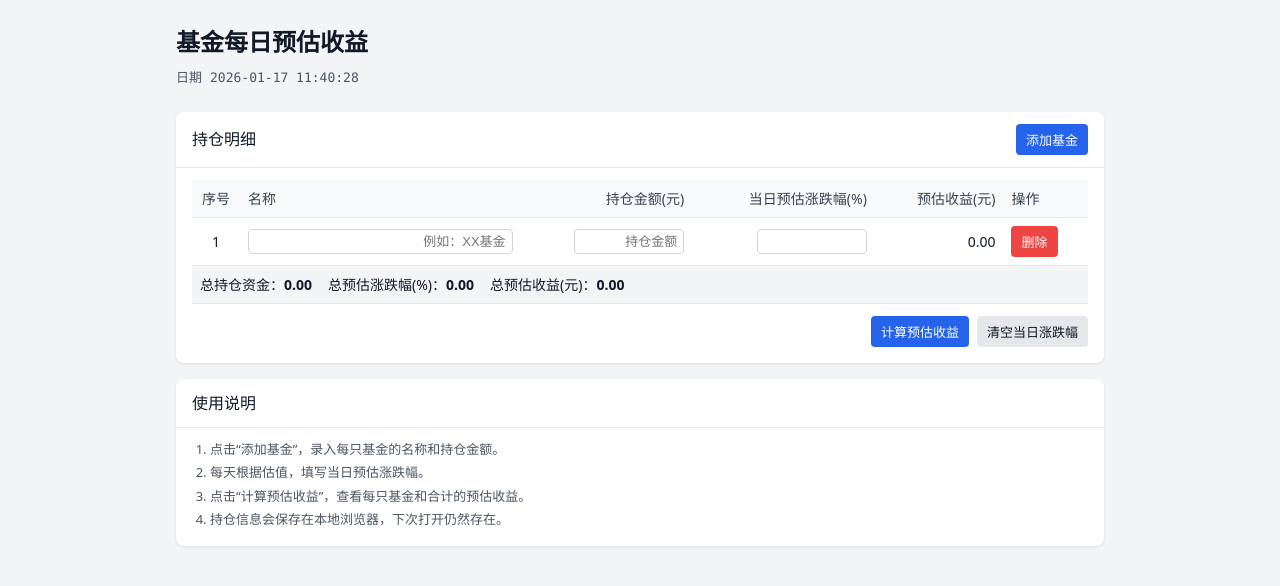
Repository: zt-boom/finance
Page: index.html
An editor plug-in stored every save of this project. The page is shown before and after the next save, followed by the edit.
The browser window is 1280 px wide. The pictures show the whole page.

Above is the page before, as saved 2026-01-17 13:22:57.

### index.html
<!DOCTYPE html>
<html lang="zh-CN">
<head>
<meta charset="UTF-8">
<title>基金每日预估收益</title>
<meta name="viewport" content="width=device-width,initial-scale=1">
<link rel="stylesheet" href="./style.css">
</head>
<body>
<div class="app">
<header class="app-header">
<h1>基金每日预估收益</h1>
<div class="date-row">
<span>日期</span>
<span id="current-date"></span>
</div>
</header>
<main class="app-main">
<section class="card">
<div class="card-header">
<h2>持仓明细</h2>
<button id="add-fund-btn" class="primary-button">添加基金</button>
</div>
<div class="card-body">
<div class="table-wrapper">
<table class="fund-table">
<thead>
<tr>
<th class="index-col">序号</th>
<th>名称</th>
<th>持仓金额(元)</th>
<th>当日预估涨跌幅(%)</th>
<th>预估收益(元)</th>
<th>操作</th>
</tr>
</thead>
<tbody id="fund-table-body"></tbody>
<tfoot>
<tr class="summary-row">
<td colspan="6">
<div class="summary-items">
<div class="summary-left">
<span>总持仓资金：<strong id="total-amount">0.00</strong></span>
<span>总预估涨跌幅(%)：<strong id="total-percent">0.00</strong></span>
<span>总预估收益(元)：<strong id="total-profit">0.00</strong></span>
</div>
</div>
</td>
</tr>
</tfoot>
</table>
</div>
<div class="actions-row">
<button id="calculate-btn" class="primary-button">计算预估收益</button>
<button id="reset-percentage-btn" class="secondary-button">清空当日涨跌幅</button>
</div>
</div>
</section>
<section class="card">
<div class="card-header">
<h2>使用说明</h2>
</div>
<div class="card-body instructions">
<ol>
<li>点击“添加基金”，录入每只基金的名称和持仓金额。</li>
<li>每天根据估值，填写当日预估涨跌幅。</li>
<li>点击“计算预估收益”，查看每只基金和合计的预估收益。</li>
<li>持仓信息会保存在本地浏览器，下次打开仍然存在。</li>
</ol>
</div>
</section>
</main>
</div>
<script src="./main.js"></script>
</body>
</html>

### style.css
* {
box-sizing: border-box;
margin: 0;
padding: 0;
}

body {
font-family: system-ui, -apple-system, BlinkMacSystemFont, "Segoe UI", sans-serif;
background-color: #f3f4f6;
color: #111827;
line-height: 1.5;
}

.app {
max-width: 960px;
margin: 0 auto;
padding: 24px 16px 40px;
}

.app-header {
display: flex;
flex-direction: column;
gap: 8px;
margin-bottom: 24px;
}

.app-header h1 {
font-size: 24px;
font-weight: 600;
color: #111827;
}

.date-row {
display: flex;
gap: 8px;
align-items: center;
font-size: 13px;
color: #4b5563;
}

.date-row span:last-child {
font-family: ui-monospace, SFMono-Regular, Menlo, Monaco, Consolas, "Liberation Mono", "Courier New", monospace;
font-variant-numeric: tabular-nums;
}

.app-main {
display: flex;
flex-direction: column;
gap: 16px;
}

.card {
background-color: #ffffff;
border-radius: 8px;
box-shadow: 0 1px 3px rgba(15, 23, 42, 0.1);
overflow: hidden;
}

.card-header {
display: flex;
justify-content: space-between;
align-items: center;
padding: 12px 16px;
border-bottom: 1px solid #e5e7eb;
}

.card-header h2 {
font-size: 16px;
font-weight: 500;
}

.card-body {
padding: 12px 16px 16px;
}

.table-wrapper {
overflow-x: auto;
margin-bottom: 12px;
}

.fund-table {
width: 100%;
border-collapse: collapse;
font-size: 14px;
}

.fund-table th,
.fund-table td {
border-bottom: 1px solid #e5e7eb;
padding: 8px;
text-align: left;
}

.fund-table th.index-col,
.fund-table td[data-role="row-index"] {
width: 48px;
text-align: center;
}

.fund-table th:nth-child(3),
.fund-table th:nth-child(4),
.fund-table th:nth-child(5),
.fund-table td:nth-child(3),
.fund-table td:nth-child(4),
.fund-table td:nth-child(5) {
text-align: right;
}

.fund-table thead {
background-color: #f9fafb;
}

.fund-table th {
font-weight: 500;
color: #374151;
}

.fund-table tbody tr:nth-child(even) {
background-color: #f9fafb;
}

.fund-table input {
width: 100%;
padding: 4px 6px;
font-size: 13px;
border-radius: 4px;
border: 1px solid #d1d5db;
outline: none;
text-align: right;
}

.fund-table input.narrow-number-input {
width: 110px;
}

.fund-table input[type="number"]::-webkit-outer-spin-button,
.fund-table input[type="number"]::-webkit-inner-spin-button {
-webkit-appearance: none;
margin: 0;
}

.fund-table input[type="number"] {
-moz-appearance: textfield;
}

.fund-table input:focus {
border-color: #2563eb;
box-shadow: 0 0 0 1px rgba(37, 99, 235, 0.2);
}

.value-positive {
color: #ef4444;
}

.value-negative {
color: #10b981;
}

.value-zero {
color: #6b7280;
}

.summary-row td {
font-weight: 600;
color: #111827;
background-color: #f3f4f6;
}

.summary-items {
display: flex;
flex-wrap: wrap;
gap: 4px 16px;
justify-content: flex-start;
align-items: center;
}

.summary-items span {
font-weight: 500;
white-space: nowrap;
}

.summary-left {
display: flex;
flex-wrap: wrap;
gap: 4px 16px;
align-items: center;
}

.primary-button,
.secondary-button,
.danger-button {
border-radius: 4px;
border: none;
cursor: pointer;
font-size: 13px;
padding: 6px 10px;
display: inline-flex;
align-items: center;
justify-content: center;
}

.primary-button {
background-color: #2563eb;
color: #ffffff;
}

.primary-button:hover {
background-color: #1d4ed8;
}

.secondary-button {
background-color: #e5e7eb;
color: #111827;
}

.secondary-button:hover {
background-color: #d1d5db;
}

.danger-button {
background-color: #ef4444;
color: #ffffff;
}

.danger-button:hover {
background-color: #dc2626;
}

.actions-row {
display: flex;
flex-wrap: wrap;
gap: 8px;
margin-top: 4px;
justify-content: flex-end;
}

.instructions {
font-size: 13px;
color: #4b5563;
}

.instructions ol {
padding-left: 18px;
display: flex;
flex-direction: column;
gap: 4px;
}

@media (max-width: 640px) {
.app {
padding-inline: 12px;
}
.card-header {
flex-direction: column;
gap: 8px;
align-items: flex-start;
}
}

### main.js
const STORAGE_KEY = "fund_holdings_v1";

function formatCurrency(value) {
if (Number.isNaN(value)) return "0.00";
return value.toFixed(2);
}

function getTodayDateString() {
const now = new Date();
const year = String(now.getFullYear());
const month = String(now.getMonth() + 1).padStart(2, "0");
const day = String(now.getDate()).padStart(2, "0");
const hours = String(now.getHours()).padStart(2, "0");
const minutes = String(now.getMinutes()).padStart(2, "0");
const seconds = String(now.getSeconds()).padStart(2, "0");
return `${year}-${month}-${day} ${hours}:${minutes}:${seconds}`;
}

function loadHoldingsFromStorage() {
try {
const raw = window.localStorage.getItem(STORAGE_KEY);
if (!raw) return [];
const parsed = JSON.parse(raw);
if (!Array.isArray(parsed)) return [];
return parsed;
} catch (e) {
return [];
}
}

function saveHoldingsToStorage(holdings) {
try {
const serialized = JSON.stringify(holdings);
window.localStorage.setItem(STORAGE_KEY, serialized);
} catch (e) {
}
}

function createTableRow(fund) {
const tr = document.createElement("tr");
const indexTd = document.createElement("td");
const nameTd = document.createElement("td");
const amountTd = document.createElement("td");
const percentTd = document.createElement("td");
const profitTd = document.createElement("td");
const actionsTd = document.createElement("td");
const nameInput = document.createElement("input");
nameInput.type = "text";
nameInput.value = fund.name || "";
nameInput.placeholder = "例如：XX基金";
nameInput.addEventListener("change", handleStorageUpdate);
const amountInput = document.createElement("input");
amountInput.type = "number";
amountInput.step = "0.01";
amountInput.min = "0";
amountInput.value = fund.amount != null ? String(fund.amount) : "";
amountInput.placeholder = "持仓金额";
amountInput.addEventListener("change", handleStorageUpdate);
const percentInput = document.createElement("input");
percentInput.type = "number";
percentInput.step = "0.01";
percentInput.placeholder = "";
amountInput.className = "narrow-number-input";
percentInput.className = "narrow-number-input";
const profitSpan = document.createElement("span");
profitSpan.textContent = "0.00";
const deleteButton = document.createElement("button");
deleteButton.textContent = "删除";
deleteButton.className = "danger-button";
deleteButton.addEventListener("click", () => {
const inputs = tr.querySelectorAll("input");
const nameValue = inputs[0] ? inputs[0].value.trim() : "";
const amountValue = inputs[1] ? inputs[1].value.trim() : "";
const percentValue = inputs[2] ? inputs[2].value.trim() : "";
const isEmptyRow = !nameValue && !amountValue && !percentValue;
if (!isEmptyRow) {
const confirmed = window.confirm("确定要删除这条持仓记录吗？");
if (!confirmed) {
return;
}
}
tr.remove();
handleStorageUpdate();
calculateProfit();
updateRowIndices();
});
indexTd.dataset.role = "row-index";
profitTd.dataset.role = "profit-cell";
nameTd.appendChild(nameInput);
amountTd.appendChild(amountInput);
percentTd.appendChild(percentInput);
profitTd.appendChild(profitSpan);
actionsTd.appendChild(deleteButton);
tr.appendChild(indexTd);
tr.appendChild(nameTd);
tr.appendChild(amountTd);
tr.appendChild(percentTd);
tr.appendChild(profitTd);
tr.appendChild(actionsTd);
tr.dataset.role = "fund-row";
return tr;
}

function readHoldingsFromTable() {
const rows = document.querySelectorAll('tr[data-role="fund-row"]');
const holdings = [];
rows.forEach(row => {
const inputs = row.querySelectorAll("input");
const nameInput = inputs[0];
const amountInput = inputs[1];
const name = nameInput.value.trim();
const amount = parseFloat(amountInput.value);
if (!name && (Number.isNaN(amount) || amount <= 0)) {
return;
}
holdings.push({
name,
amount: Number.isNaN(amount) ? 0 : amount
});
});
return holdings;
}

function handleStorageUpdate() {
const holdings = readHoldingsFromTable();
saveHoldingsToStorage(holdings);
}

function populateTableFromStorage() {
const tbody = document.getElementById("fund-table-body");
tbody.innerHTML = "";
const holdings = loadHoldingsFromStorage();
if (holdings.length === 0) {
const row = createTableRow({ name: "", amount: null });
tbody.appendChild(row);
updateRowIndices();
return;
}
holdings.forEach(fund => {
const row = createTableRow(fund);
tbody.appendChild(row);
});
updateRowIndices();
}

function calculateProfit() {
const rows = document.querySelectorAll('tr[data-role="fund-row"]');
let totalProfit = 0;
let totalHoldingAmount = 0;
let activeAmount = 0;
rows.forEach(row => {
const inputs = row.querySelectorAll("input");
const amountInput = inputs[1];
const percentInput = inputs[2];
const amount = parseFloat(amountInput.value);
const percent = parseFloat(percentInput.value);
const profitCell = row.querySelector('td[data-role="profit-cell"] span');
if (!Number.isNaN(amount)) {
totalHoldingAmount += amount;
}
if (Number.isNaN(amount) || Number.isNaN(percent)) {
profitCell.textContent = "0.00";
applyProfitColor(profitCell, 0);
return;
}
const profit = amount * percent / 100;
totalProfit += profit;
activeAmount += amount;
profitCell.textContent = formatCurrency(profit);
applyProfitColor(profitCell, profit);
});
const totalAmountElement = document.getElementById("total-amount");
const totalPercentElement = document.getElementById("total-percent");
if (totalAmountElement) {
totalAmountElement.textContent = formatCurrency(totalHoldingAmount);
}
if (totalPercentElement) {
const totalPercent = activeAmount > 0 ? (totalProfit / activeAmount) * 100 : 0;
totalPercentElement.textContent = formatCurrency(totalPercent);
}
const totalProfitElement = document.getElementById("total-profit");
totalProfitElement.textContent = formatCurrency(totalProfit);
applyProfitColor(totalProfitElement, totalProfit);
}

function resetPercentages() {
const rows = document.querySelectorAll('tr[data-role="fund-row"]');
rows.forEach(row => {
const inputs = row.querySelectorAll("input");
const percentInput = inputs[2];
const profitCell = row.querySelector('td[data-role="profit-cell"] span');
percentInput.value = "";
profitCell.textContent = "0.00";
applyProfitColor(profitCell, 0);
});
const totalProfitElement = document.getElementById("total-profit");
totalProfitElement.textContent = "0.00";
applyProfitColor(totalProfitElement, 0);
const totalPercentElement = document.getElementById("total-percent");
if (totalPercentElement) {
totalPercentElement.textContent = "0.00";
}
const totalAmountElement = document.getElementById("total-amount");
if (totalAmountElement) {
let totalAmount = 0;
const rows = document.querySelectorAll('tr[data-role="fund-row"]');
rows.forEach(row => {
const inputs = row.querySelectorAll("input");
const amountInput = inputs[1];
const amount = parseFloat(amountInput.value);
if (!Number.isNaN(amount)) {
totalAmount += amount;
}
});
totalAmountElement.textContent = formatCurrency(totalAmount);
}
}

function applyProfitColor(element, value) {
if (!element) {
return;
}
element.classList.remove("value-positive", "value-negative", "value-zero");
if (Number.isNaN(value)) {
return;
}
if (value > 0) {
element.classList.add("value-positive");
} else if (value < 0) {
element.classList.add("value-negative");
} else {
element.classList.add("value-zero");
}
}

function initApp() {
const dateElement = document.getElementById("current-date");
if (dateElement) {
dateElement.textContent = getTodayDateString();
}
populateTableFromStorage();
const addFundButton = document.getElementById("add-fund-btn");
const calculateButton = document.getElementById("calculate-btn");
const resetPercentageButton = document.getElementById("reset-percentage-btn");
if (addFundButton) {
addFundButton.addEventListener("click", () => {
const tbody = document.getElementById("fund-table-body");
const row = createTableRow({ name: "", amount: null });
tbody.appendChild(row);
updateRowIndices();
});
}
if (calculateButton) {
calculateButton.addEventListener("click", () => {
calculateProfit();
handleStorageUpdate();
});
}
if (resetPercentageButton) {
resetPercentageButton.addEventListener("click", () => {
const confirmed = window.confirm("确定要清空所有基金的当日预估涨跌幅和预估收益吗？");
if (!confirmed) {
return;
}
resetPercentages();
});
}
}

function updateRowIndices() {
const rows = document.querySelectorAll('tr[data-role="fund-row"]');
rows.forEach((row, index) => {
const indexCell = row.querySelector('td[data-role="row-index"]');
if (indexCell) {
indexCell.textContent = String(index + 1);
}
});
}

if (document.readyState === "loading") {
document.addEventListener("DOMContentLoaded", initApp);
} else {
initApp();
}

After the next save:
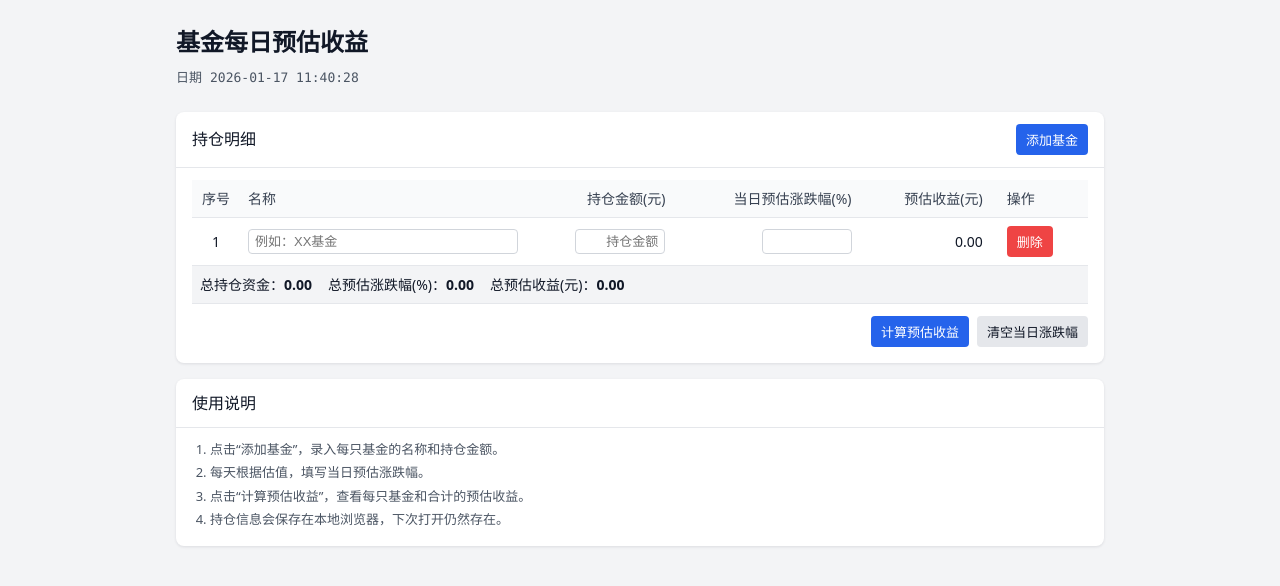
Saved 12 s later.
--- a/style.css
+++ b/style.css
@@ -130,7 +130,16 @@ text-align: right;
 }
 
 .fund-table input.narrow-number-input {
-width: 110px;
+width: 90px;
+}
+
+.fund-table td:nth-child(2) input {
+text-align: left;
+}
+
+.fund-table th:nth-child(6),
+.fund-table td:nth-child(6) {
+padding-left: 16px;
 }
 
 .fund-table input[type="number"]::-webkit-outer-spin-button,
